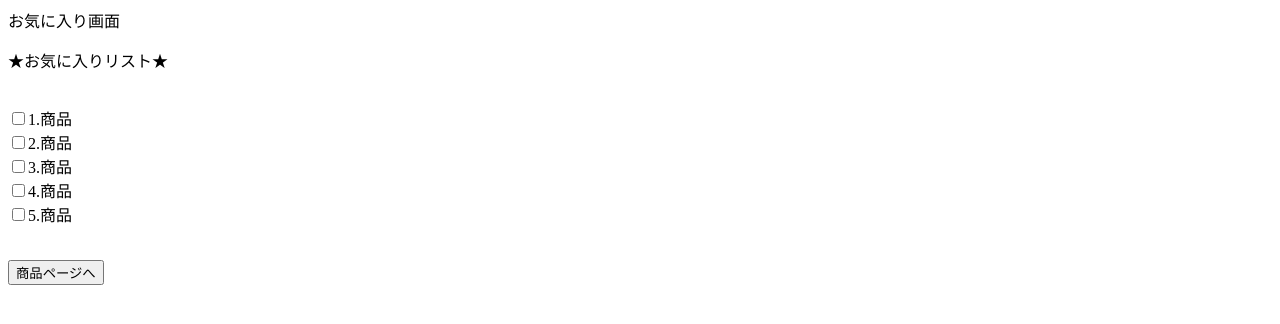
Repository: nathox/backup
Page: http://localhost/Favorite/
The author's editor kept a copy of each file at every save. The page is drawn from the files as they stood at one save, then again after the next save.
The browser window is 1280 px wide. The pictures show the whole page.
The page is served by Tomcat 9. Other server files are loaded and not shown.

Above is the page before, as saved 2018-02-06 01:44:28.

### Favorite/WebContent/a.jsp
<%@ page language="java" contentType="text/html; charset=UTF-8"
    pageEncoding="UTF-8"%>
<!DOCTYPE html PUBLIC "-//W3C//DTD HTML 4.01 Transitional//EN" "http://www.w3.org/TR/html4/loose.dtd">
<html>
<head>
<meta http-equiv="Content-Type" content="text/html; charset=UTF-8">
<title>Insert title here</title>
</head>
<body>



<form name="frmMove">
<script language=javascript>
function obakasannemou(){
objChk = frmMove.chkMove //チェックボックスオブジェクトを参照
str = ""; //チェック内容を代入する変数
for(i = 0 ; i < objChk.length;i++){
if(objChk[i].checked) str += objChk[i].value
}
switch(str){
case "1":
location.href="https://www.yahoo.co.jp/";
break;
case "2":
location.href="https://www.google.co.jp";
break;

case "3":
location.href="https://www.biglobe.ne.jp/";
break;

case "4":
location.href="https://www.goo.ne.jp/";
break;

case "5":
location.href="https://www.google.co.jp/maps";
break;


}
}
</script>

お気に入り画面
<p>
★お気に入りリスト★
</p>

<p>
<br>
<input type="checkbox" value="1" name="chkMove">1.商品
<br><input type="checkbox" value="2" name="chkMove">2.商品
<br><input type="checkbox" value="3" name="chkMove">3.商品
<br><input type="checkbox" value="4" name="chkMove">4.商品
<br><input type="checkbox" value="5" name="chkMove">5.商品
</p>

<p>
<br><input type="button" value="商品ページへ" onclick="obakasannemou()">


</p>
</form>





</body>
</html>

After the next save:
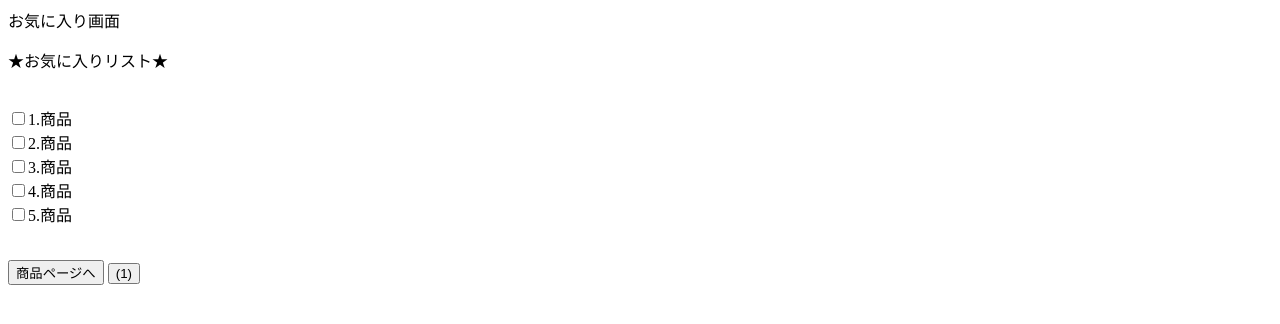
Saved 4 min 18 s later.
--- a/Favorite/WebContent/a.jsp
+++ b/Favorite/WebContent/a.jsp
@@ -61,6 +61,8 @@ break;
 <br><input type="button" value="商品ページへ" onclick="obakasannemou()">
 
 
+<INPUT TYPE="button" VALUE="(1)" onClick="location.href='1.html'">
+
 </p>
 </form>
 
